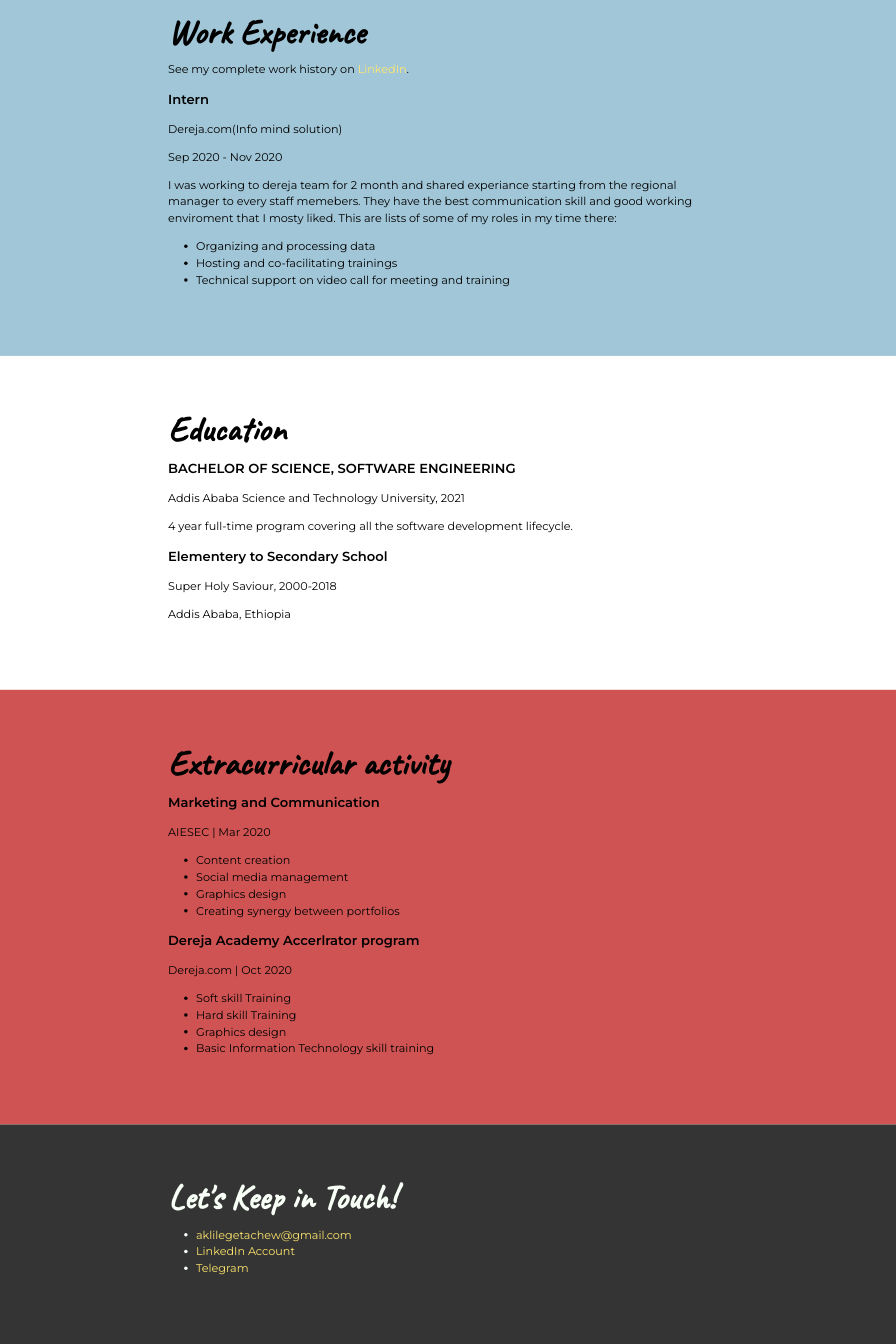
Repository: Aklilegetachew/my-Portfolio
Page: index.html
An editor plug-in stored every save of this project. The page is shown before and after the next save, followed by the edit.
The browser window is 1280 px wide. The pictures show the part of the page from y = 1469 to 3389 px (the page is 3389 px tall), at 70% of full size.

Above is the page before, as saved 2021-11-23 18:09:25.

### index.html
<!DOCTYPE html>
<html lang="en">
  <head>
    <meta charset="UTF-8">
    <meta name="viewport" content="width=device-width, initial-scale=1.0">
    <title>Aklile Getachew, Software Engineer</title>
     <link href="https://fonts.googleapis.com/css?family=Caveat|Montserrat:400,600&display=swap" rel="stylesheet">
    <link rel="stylesheet" href="css/styles.css">
  </head>
  <body>
    <main>
      <!-- ***********************  ABOUT / PROFILE  *********************** -->
      <header>
        <div class="content-wrap">
          <h1>Aklile Getachew</h1>
          <h2>Software Developer + Graphics Designer</h2>

          <p>Motivated software engineering graduate and technology enthusiast seeking
            to pursue an opportunity with a growing organization that will utilize and
            enhance my knowledge in software development or Information Technology</p>
          <p>I’m also exploring more creative pursuits on Graphic designing </p>
        </div>
      </header>

      <!-- ********************  PROJECTS / PORTFOLIO  ********************* -->
      <section class="projects">
        <div class="content-wrap divider">
          <h2>Featured Projects</h2>
          <p>View selected projects below. More information can be found at <a href="http://christinatruong.com">my gitlab account. </a>.</p>

          <!-- Project 1 -->
          <section class="project-item">
            <img src="images/brana-home.jpg" alt="brana-home-page">
            <h3>Brana Mobile application</h3>
            <p>Brana Audiobook Purchasing Application will provide audio books in different local languages
              for different target groups. Our application will provide book for students, readers, scientist,
              engineers, and researchers. This audio books will be from different category and with different
              genre to address most of the social groups.</p>
            <a class="btn" href="https://gitlab.com/bisrathailu793/brana/-/tree/master" target="_blank">See on Gitlab </a>
          </section>

          <!-- Project 2
          <section class="project-item">
            <img src="images/project-women-tech.jpg" alt="website thumbnail">
            <h3>Women&&Tech</h3>
            <p>Women&&Tech was launched in 2012 to feature interviews with different women working in the tech industry. I became familiar with them when I was invited to be one of the interviewees! A few years later, I joined the team and helped with the relaunch of the site as the front-end architect.</p>
            <a class="btn" href="http://christinatruong.com/projects/women-and-tech-redesign.html" target="_blank">View the case study</a>
          </section>

           Project 3
          <section class="project-item">
            <img src="images/project-wire-ipsum.jpg" alt="website thumbnail">
            <h3>The Wire Ipsum</h3>
            <p>After coming back from teaching a JavaScript workshop, I felt inspired to create something just for fun. I realized that of all the content/lorem ipsum generators available, there was nothing for HBO’s The Wire fans. I searched for <a href="http://thewireipsum.com" target="_blank">thewireipsum.com</a> domain and it was available! Generate some content for your projects today.</p>
            <a class="btn" href="http://thewireipsum.com" target="_blank">View live site</a>
          </section>-->
        </div>
      </section>

      <!-- ***********************  WORK EXPERIENCE  *********************** -->
      <section class="work-experience">
        <div class="content-wrap divider">
          <h2>Work Experience</h2>
          <p>See my complete work history on <a href="https://www.linkedin.com/in/aklile-getachew-673050181/">LinkedIn</a>.</p>

          <!-- Job 1 -->
          <section class="job-item">
            <div class="job-details">
              <h3>Intern</h3>
              <p>Dereja.com(Info mind solution) </p>
              <p>Sep 2020 - Nov 2020</p>
            </div>
            <div class="job-summary">
              <p>I was working to dereja team for 2 month and  shared experiance starting from the regional manager to every staff memebers. They have the best communication skill and good working enviroment that I mosty liked. This are lists of some of my roles in my time there:</p>
              <ul>
                <li>Organizing and processing data</li>
                <li>Hosting and co-facilitating trainings</li>
                <li>Technical support on video call for meeting and training</li>
              </ul>
            </div>
          </section>
        </div>
      </section>

      <!-- ******************  EDUCATION & CERTIFICATIONS ****************** -->
      <section class="education item-details">
        <div class="content-wrap">
          <h2>Education</h2>

          <section>
            <h3>BACHELOR OF SCIENCE, SOFTWARE ENGINEERING</h3>
            <p>Addis Ababa Science and Technology University, 2021</p>
            <p>4 year full-time program covering all the software development lifecycle.</p>
          </section>

          <section>
            <h3>Elementery to Secondary School</h3>
            <p>Super Holy Saviour, 2000-2018</p>
            <p>Addis Ababa, Ethiopia </p>
          </section>
        </div>
      </section>

      <!-- ******************  E X T R A C U R R I C U L A R A C T I V I T Y ****************** -->
      <section class="extracurricular">
        <div class="content-wrap">
          <h2>Extracurricular activity</h2>

          <section>
            <h3>Marketing and Communication</h3>
            <p>AIESEC | Mar 2020
              <ul>
                <li>Content creation</li>
                <li>Social media management</li>
                <li>Graphics design</li>
                <li>Creating synergy between portfolios</li>
              </ul>
            </p>

          </section>
          <section>
            <h3>Dereja Academy Accerlrator program</h3>
            <p>Dereja.com | Oct 2020
              <ul>
                <li>Soft skill Training</li>
                <li>Hard skill Training</li>
                <li>Graphics design</li>
                <li>Basic Information Technology skill training</li>
              </ul>
            </p>

          </section>
        </div>
      </section>

      <!-- *****************  CONTACT INFO / SOCIAL MEDIA  ***************** -->
      <footer>
        <div class="content-wrap">
          <h2>Let's Keep in Touch!</h2>

          <!-- Social media and contact links. Add or remove any networks. -->
          <ul class="contact-list">
            <li><a href="aklilegetachew@gmail.com">aklilegetachew@gmail.com</a></li>
            <li><a href="https://www.linkedin.com/in/aklile-getachew-673050181/" target="_blank">LinkedIn Account</a></li>
            <li><a href="https://t.me/AKG47" target="_blank">Telegram</a></li>
          </ul>
        </div>
      </footer>
    </main>
  </body>
</html>

### css/styles.css
/*
COLOR PALETTE
https://coolors.co/f7fff7-343434-2f3061-ffe66d-a1c6d7
#F7FFF7 - almost white
#343434 - dark gray - almost black
#2F3061 - blue dark
#FFE66D - yellow
#A1C6D7 - blue light
#D05353 - indian red
*/

/* global
======================================================*/
img{
    width: 300px;
    height: 640px;
}
a{
    color: #FFE66D ;
    text-decoration: none;
}
body{
    margin: 0;
    padding: 0;
    font-family: 'Montserrat', sans-serif;
    line-height: 1.5em;
}
h1{
    font-size: 90px;
    margin: 0;

}
h2{
    margin: 0;
    font-size: 50px;
}
h1, h2 {
    font-family: 'Caveat', cursive;
    line-height: 1em;
}
.content-wrap{
    width: 800px;
    margin: 0 auto;
    padding: 80px 0;
}

/* Heading
======================================================*/
header{
    background-color: #2F3061 ;
    color: #F7FFF7;
}



/* projects
======================================================*/

.projects{
    background-color: #F7FFF7 ;

}

.project-item{
    clear: both;
    margin-top: 60px;
    display: inline-block;
}
.project-item h3{
    margin-top: 0;
}

.project-item img{
    float: left;
    margin-right: 20px;
    width: 300px;
    height: 640px;
}

.projects a{
    color: #343434 ;

}
.projects .btn{
    color: #F7FFF7;
    background-color: #2F3061;
    text-decoration: none;
    padding: 8px;
    border-radius: 4px;
    display: inline-block;
}

/* Work experiance
=======================================================*/
.work-experience{
    background-color: #A1C6D7;

}


/* extracurricular
=======================================================*/
.extracurricular{
    background-color: #D05353;

}

/* footer
=======================================================*/
footer{
    background-color: #343434 ;
    color: #F7FFF7;
}

After the next save:
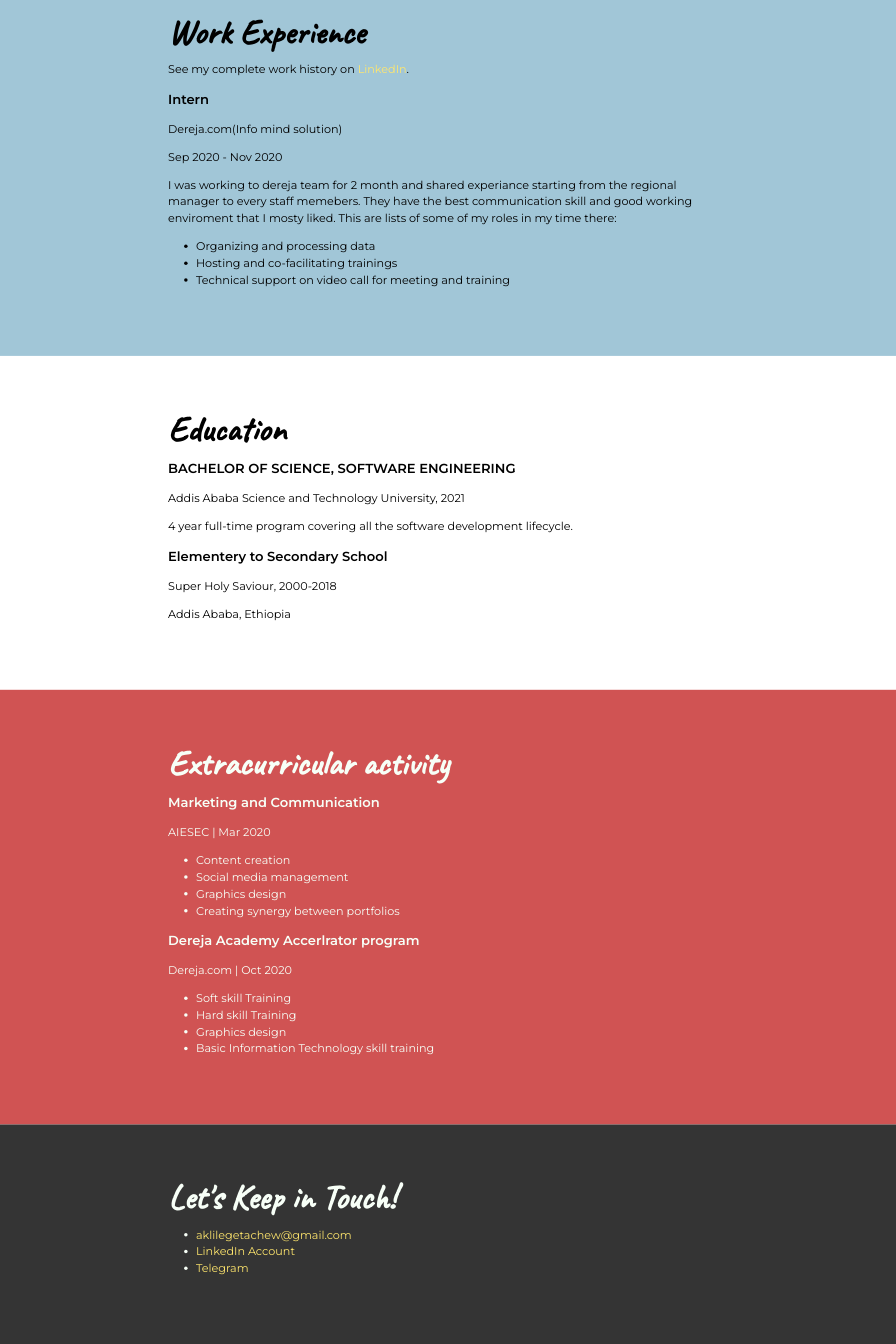
Saved 72 min 34 s later.
--- a/css/styles.css
+++ b/css/styles.css
@@ -102,6 +102,7 @@
 =======================================================*/
 .extracurricular{
     background-color: #D05353;
+    color: #F7FFF7;
 
 }
 
